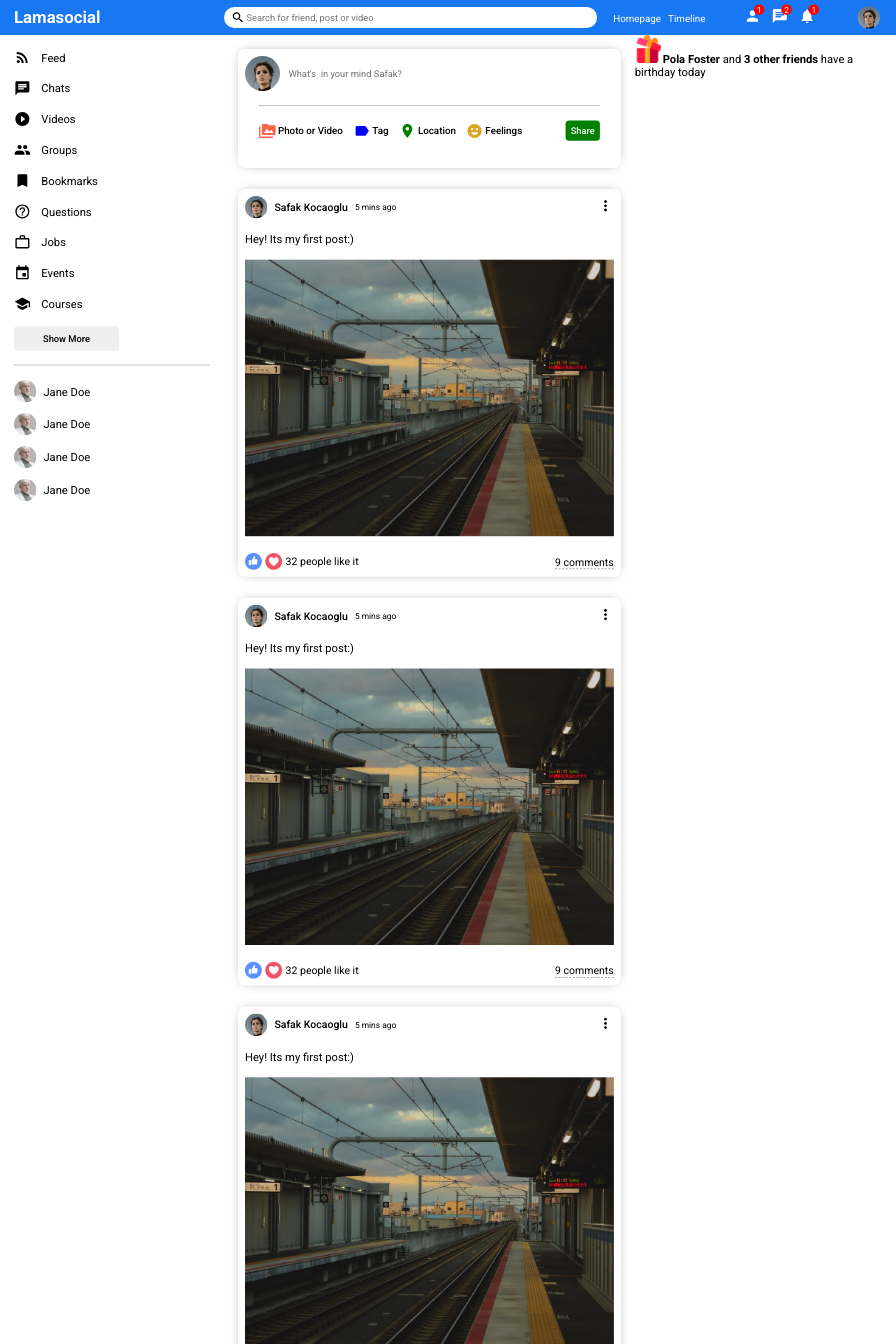
Repository: nazlinres01/react-social
Page: / (app in client/)
These files come from the project's save history. The page is drawn as it stood at one moment and after the next save; the edit follows.
The browser window is 1280 px wide. The pictures show the part of the page from y = 0 to 1920 px (the page is 3794 px tall), at 70% of full size.
The project was rebuilt for these pictures with package versions that can differ from the ones it lists, and the page was loaded fresh each time.

Above is the page before, as saved 2024-06-13 11:50:05.

### client/public/index.html
<!DOCTYPE html>
<html lang="en">

<head>
  <meta charset="utf-8" />
  <meta name="viewport" content="width=device-width, initial-scale=1" />
  <meta name="description" content="Web site created using create-react-app" />
  <link
    href="https://fonts.googleapis.com/css2?family=Roboto:ital,wght@0,100;0,300;0,400;0,500;0,700;0,900;1,100;1,300;1,400;1,500;1,700;1,900&display=swap"
    rel="stylesheet">
    <link rel="stylesheet" href="style.css">
  <title>Social App</title>
</head>

<body>
  <noscript>You need to enable JavaScript to run this app.</noscript>
  <div id="root"></div>
</body>

</html>

### client/src/App.js
import Home from "./pages/home/Home";

function App() {
  return <Home />
}

export default App;

### client/src/pages/home/Home.jsx
import Feed from "../../components/feed/Feed";
import Rightbar from "../../components/rightbar/Rightbar";
import Sidebar from "../../components/sidebar/Sidebar";
import Topbar from "../../components/topbar/Topbar";
import "./home.css"

export default function Home() {
    return (
        <>
            <Topbar />
            <div className="homeContainer">
                <Sidebar />
                <Feed />
                <Rightbar />

            </div>

        </>
    );
}

### client/src/components/feed/Feed.jsx
import Post from "../post/Post"
import Share from "../share/Share"
import "./feed.css"

export default function Feed() {
    return (
        <div className="feed">
            <div className="feedWrapper">
                <Share />
                <Post />
                <Post />
                <Post />
                <Post />
                <Post />
                <Post />

            </div>
        </div>
    )
}

### client/src/components/rightbar/Rightbar.jsx
import "./rightbar.css"

export default function Rightbar() {
    return (
        <div className="rightbar">
            <div className="rightWrapper">
                <div className="birthdayContainer">
                    <img className="birthdayImg" src="assets/gift.png" alt="" />
                    <span className="birthdayText">
                        <b>Pola Foster</b> and <b>3 other friends</b> have a birthday today</span>
                </div>
            </div>
        </div>
    )
}

### client/src/components/sidebar/Sidebar.jsx
import "./sidebar.css"
import { Bookmark, Chat, Event, Group, HelpOutline, PlayCircleFilledOutlined, RssFeed, School, WorkOutline } from "@material-ui/icons"

export default function Sidebar() {
    return (
        <div className="sidebar">
            <div className="sidebarWrapper">
                <ul className="sidebarList">
                    <li className="sidebarListItem">
                        <RssFeed className="sidebarIcon" />
                        <span className="sidebarListItemText">Feed</span>
                    </li>
                    <li className="sidebarListItem">
                        <Chat className="sidebarIcon" />
                        <span className="sidebarListItemText">Chats</span>
                    </li>
                    <li className="sidebarListItem">
                        <PlayCircleFilledOutlined className="sidebarIcon" />
                        <span className="sidebarListItemText">Videos</span>
                    </li>
                    <li className="sidebarListItem">
                        <Group className="sidebarIcon" />
                        <span className="sidebarListItemText">Groups</span>
                    </li>
                    <li className="sidebarListItem">
                        <Bookmark className="sidebarIcon" />
                        <span className="sidebarListItemText">Bookmarks</span>
                    </li>
                    <li className="sidebarListItem">
                        <HelpOutline className="sidebarIcon" />
                        <span className="sidebarListItemText">Questions</span>
                    </li>
                    <li className="sidebarListItem">
                        <WorkOutline className="sidebarIcon" />
                        <span className="sidebarListItemText">Jobs</span>
                    </li>
                    <li className="sidebarListItem">
                        <Event className="sidebarIcon" />
                        <span className="sidebarListItemText">Events</span>
                    </li>
                    <li className="sidebarListItem">
                        <School className="sidebarIcon" />
                        <span className="sidebarListItemText">Courses</span>
                    </li>
                </ul>
                <button className="sidebarButton">Show More</button>
                <hr className="sidebarHr" />
                <ul className="sidebarFriendList">
                    <li className="sidebarFriend">
                        <img className="sidebarFriendImg" src="/assets/person/2.jpeg" alt="" />
                        <span className="sidebarFriendName">Jane Doe</span>
                    </li>
                    <li className="sidebarFriend">
                        <img className="sidebarFriendImg" src="/assets/person/2.jpeg" alt="" />
                        <span className="sidebarFriendName">Jane Doe</span>
                    </li>
                    <li className="sidebarFriend">
                        <img className="sidebarFriendImg" src="/assets/person/2.jpeg" alt="" />
                        <span className="sidebarFriendName">Jane Doe</span>
                    </li>
                    <li className="sidebarFriend">
                        <img className="sidebarFriendImg" src="/assets/person/2.jpeg" alt="" />
                        <span className="sidebarFriendName">Jane Doe</span>
                    </li>
                    <li className="sidebarFriend">
                        <img className="sidebarFriendImg" src="/assets/person/2.jpeg" alt="" />
                        <span className="sidebarFriendName">Jane Doe</span>
                    </li>
                    <li className="sidebarFriend">
                        <img className="sidebarFriendImg" src="/assets/person/2.jpeg" alt="" />
                        <span className="sidebarFriendName">Jane Doe</span>
                    </li>
                    <li className="sidebarFriend">
                        <img className="sidebarFriendImg" src="/assets/person/2.jpeg" alt="" />
                        <span className="sidebarFriendName">Jane Doe</span>
                    </li>
                    <li className="sidebarFriend">
                        <img className="sidebarFriendImg" src="/assets/person/2.jpeg" alt="" />
                        <span className="sidebarFriendName">Jane Doe</span>
                    </li>
                    <li className="sidebarFriend">
                        <img className="sidebarFriendImg" src="/assets/person/2.jpeg" alt="" />
                        <span className="sidebarFriendName">Jane Doe</span>
                    </li>
                    <li className="sidebarFriend">
                        <img className="sidebarFriendImg" src="/assets/person/2.jpeg" alt="" />
                        <span className="sidebarFriendName">Jane Doe</span>
                    </li>
                    <li className="sidebarFriend">
                        <img className="sidebarFriendImg" src="/assets/person/2.jpeg" alt="" />
                        <span className="sidebarFriendName">Jane Doe</span>
                    </li>
                    <li className="sidebarFriend">
                        <img className="sidebarFriendImg" src="/assets/person/2.jpeg" alt="" />
                        <span className="sidebarFriendName">Jane Doe</span>
                    </li>
                    <li className="sidebarFriend">
                        <img className="sidebarFriendImg" src="/assets/person/2.jpeg" alt="" />
                        <span className="sidebarFriendName">Jane Doe</span>
                    </li>
                </ul>
            </div>
        </div>
    )
}

### client/src/components/topbar/Topbar.jsx
import "./topbar.css"
import { Search, Person, Chat, Notifications } from "@material-ui/icons"

export default function Topbar() {
  return (
    <div className="topbarContainer">
      <div className="topbarLeft">
        <span className="logo">Lamasocial</span>
      </div>
      <div className="topbarCenter">
        <div className="searchbar">
          <Search className="searchIcon" />
          <input placeholder="Search for friend, post or video" className="searchInput" />
        </div>
      </div>
      <div className="topbarRight">
        <div className="topbarLinks">
          <span className="topbarLink">Homepage</span>
          <span className="topbarLink">Timeline</span>
        </div>
        <div className="topbarIcons">
          <div className="topbarIconItem">
            <Person />
            <span className="topbarIconBadge">1</span>
          </div>
          <div className="topbarIconItem">
            <Chat />
            <span className="topbarIconBadge">2</span>
          </div>
          <div className="topbarIconItem">
            <Notifications />
            <span className="topbarIconBadge">1</span>
          </div>
        </div>
        <img src="/assets/person/1.jpeg" alt="" className="topbarImg" />
      </div>

    </div>
  )
}

### client/src/components/post/Post.jsx
import { MoreVert } from "@material-ui/icons"
import "./post.css"

export default function Post() {
    return (
        <div className="post">
            <div className="postWrapper">
                <div className="postTop">
                    <div className="postTopLeft">
                        <img src="/assets/person/1.jpeg" alt="" className="postProfileImg" />
                        <span className="postUsername">Safak Kocaoglu</span>
                        <span className="postDate">5 mins ago</span>

                    </div>
                    <div className="postTopRight">
                        <MoreVert />
                    </div>

                </div>
                <div className="postCenter">
                    <span className="postText">Hey! Its my first post:)</span>
                    <img className="postImg" src="assets/post/1.jpeg" alt="" />
                </div>
                <div className="postBottom">
                    <div className="postBottomLeft">
                        <img className="likeIcon" src="assets/like.png" alt="" />
                        <img className="likeIcon" src="assets/heart.png" alt="" />
                        <span className="postLikeCounter">32 people like it</span>
                    </div>
                    <div className="postBottomRight">
                        <span className="postCommentText">9 comments</span>
                    </div>

                </div>

            </div>

        </div>
    )
}

### client/src/components/share/Share.jsx
import "./share.css";
import { PermMedia, Label, Room, EmojiEmotions } from "@material-ui/icons";

export default function Share() {
    return (
        <div className="share">
            <div className="shareWrapper">
                <div className="shareTop">
                    <img src="/assets/person/1.jpeg" alt="" className="shareProfileImg" />
                    <input placeholder="What's  in your mind Safak?" className="shareInput" />
                </div>
                <hr className="shareHr" />
                <div className="shareBottom">
                    <div className="shareOptions">
                        <div className="shareOption">
                            <PermMedia htmlColor="tomato" className="shareIcon" />
                            <span className="shareOptionText">Photo or Video</span>
                        </div>
                        <div className="shareOption">
                            <Label htmlColor="blue" className="shareIcon" />
                            <span className="shareOptionText">Tag</span>
                        </div>
                        <div className="shareOption">
                            <Room htmlColor="green" className="shareIcon" />
                            <span className="shareOptionText">Location</span>
                        </div>
                        <div className="shareOption">
                            <EmojiEmotions htmlColor="goldenrod" className="shareIcon" />
                            <span className="shareOptionText">Feelings</span>
                        </div>
                    </div>
                    <button className="shareButton">Share</button>
                </div>
            </div>
        </div>
    )
}

### client/src/components/rightbar/rightbar.css
.rightbar {
    flex: 3.5;
}

.rightbarWrapper {
    padding: 20px 20px 0 0;
}

.birthdayImg {
    width: 40px;
    height: 40px;
}

### client/src/components/sidebar/sidebar.css
.sidebar {
    flex: 3;
    height: calc(100vh - 50px);
    overflow-y: scroll;
}

::-webkit-scrollbar {
    width: 5px;
}

::-webkit-scrolbar-track {
    background-color: #f1f1f1;
}

::-webkit-scrollbar-thumb {
    background-color: rgb(179, 179, 179);
}

.sidebarWrapper {
    padding: 20px;
}

.sidebarList {
    padding: 0;
    margin: 0;
    list-style: none;
}

.sidebarListItem {
    display: flex;
    align-items: center;
    margin-bottom: 20px;
}

.sidebarIcon {
    margin-right: 15px;
}

.sidebarButton {
    width: 150px;
    border: none;
    padding: 10px;
    border-radius: 5px;
    font-weight: 500;
}

.sidebarHr {
    margin: 20px 0;
}

.sidebarFriendList {
    padding: 0;
    margin: 0;
    list-style: none;
}

.sidebarFriend {
    display: flex;
    align-items: center;
    margin-bottom: 15px;
}

.sidebarFriendImg {
    width: 32px;
    height: 32px;
    border-radius: 50%;
    object-fit: cover;
    margin-right: 10px;
}

### client/src/components/topbar/topbar.css
.topbarContainer {
    height: 50px;
    width: 100%;
    background-color: #1877f2;
    display: flex;
    align-items: center;
    position: sticky;
    top: 0;
}

.topbarLeft {
    flex: 3;
}

.logo {
    font-size: 24px;
    margin-left: 20px;
    font-weight: bold;
    color: white;
    cursor: pointer;
}

.topbarCenter {
    flex: 5;
}

.searchbar {
    width: 100%;
    height: 30px;
    background-color: white;
    border-radius: 30px;
    display: flex;
    align-items: center;
}

.searchIcon {
    font-size: 20px !important;
    margin-left: 10px;
}

.searchInput {
    border: none;
    width: 70%;
}

.searchInput:focus {
    outline: none;
}

.topbarRight {
    flex: 4;
    display: flex;
    align-items: center;
    justify-content: space-around;
    color: white;
}

.topbarLink {
    margin-right: 10px;
    font-size: 14px;
    cursor: pointer;
}

.topbarIcons {
    display: flex;
}

.topbarIconItem {
    margin-right: 15px;
    cursor: pointer;
    position: relative;

}

.topbarIconBadge {
    width: 15px;
    height: 15px;
    background-color: red;
    border-radius: 50%;
    color: white;
    position: absolute;
    top: -5px;
    right: -5px;
    display: flex;
    align-items: center;
    justify-content: center;
    font-size: 12px;
}

.topbarImg {
    width: 32px;
    height: 32px;
    border-radius: 50%;
    object-fit: cover;
    cursor: pointer;
}

### client/src/components/post/post.css
.post {
    width: 100%;
    border-radius: 10px;
    -webkit-box-shdow: 0px 0px 16px -8px rgba(0, 0, 0, 0.68);
    box-shadow: 0px 0px 16px -8px rgba(0, 0, 0, 0.68);
    margin: 30px 0;
}

.postWrapper {
    padding: 10px;
}

.postTop {
    display: flex;
    align-items: center;
    justify-content: space-between;
}

.postTopLeft {
    display: flex;
    align-items: center;
}

.postProfileImg {
    width: 32px;
    height: 32px;
    border-radius: 50%;
    object-fit: cover;
}

.postUsername {
    font-size: 15px;
    font-weight: 500;
    margin: 0 10px;
}

.postDate {
    font-size: 12px;
}

.postCenter {
    margin: 20px 0;
}

.postImg {
    margin-top: 20px;
    width: 100%;
    max-height: 500px;
    object-fit: contain;
}

.postBottom {
    display: flex;
    align-items: center;
    justify-content: space-between;
}

.postBottomLeft {
    display: flex;
    align-items: center;
}

.likeIcon {
    width: 24px;
    height: 24px;
    margin-right: 5px;
    cursor: pointer;
}

.postLikeCounter {
    font-size: 15px;
}

.postCommentText {
    cursor: pointer;
    border-bottom: 1px dashed gray;
    font-size: 15px;
}

### client/src/components/share/share.css
.share {
    width: 100%;
    height: 170px;
    border-radius: 10px;
    -webkit-box-shdow: 0px 0px 16px -8px rgba(0, 0, 0, 0.68);
    box-shadow: 0px 0px 16px -8px rgba(0, 0, 0, 0.68);
}

.shareWrapper {
    padding: 10px;
}

.shareTop {
    display: flex;
    align-items: center;
}

.shareProfileImg {
    width: 50px;
    height: 50px;
    border-radius: 50%;
    object-fit: cover;
    margin-right: 10px;
}

.shareInput {
    border: none;
    width: 80%;
}

.shareInput:focus {
    outline: none;
}

.shareHr {
    margin: 20px;
}

.shareBottom {
    display: flex;
    align-items: center;
    justify-content: space-between;
}

.shareOptions {
    display: flex;
    margin-left: 20px;
}

.shareOption {
    display: flex;
    align-items: center;
    margin-right: 15px;
    cursor: pointer;
}

.shareIcon {
    font-size: 18px;
    margin-right: 3px
}

.shareOptionText {
    font-size: 14px;
    font-weight: 500;
}

.shareButton {
    border: none;
    padding: 7px;
    border-radius: 5px;
    background-color: green;
    font-weight: 500;
    margin-right: 20px;
    cursor: pointer;
    color: white;
}

Loaded but not shown: client/src/index.js (common file); client/src/pages/home/home.css (common file); client/src/components/feed/feed.css (common file); client/public/style.css (common file)

After the next save:
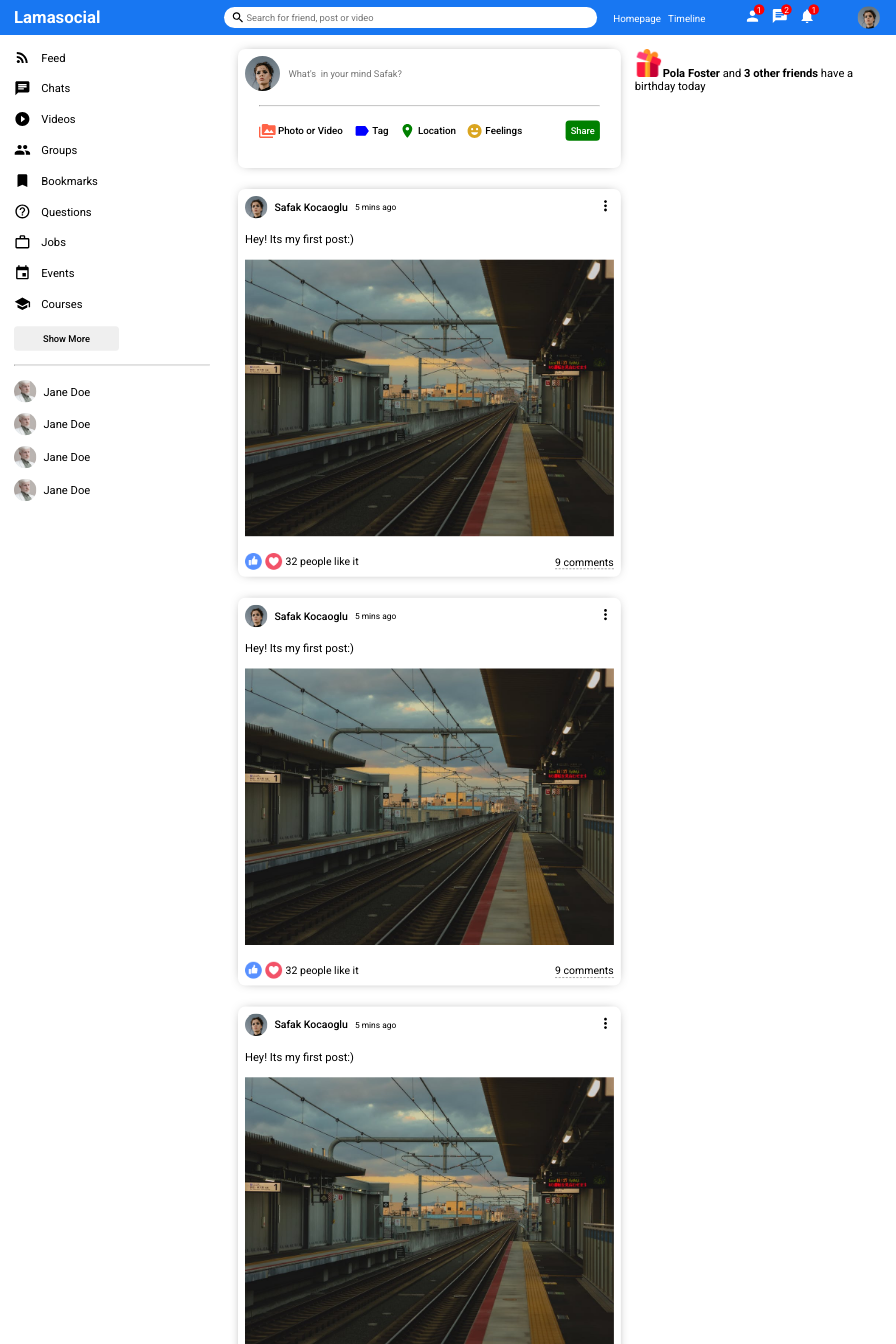
Saved 40 s later.
--- a/client/src/components/rightbar/Rightbar.jsx
+++ b/client/src/components/rightbar/Rightbar.jsx
@@ -3,7 +3,7 @@ import "./rightbar.css"
 export default function Rightbar() {
     return (
         <div className="rightbar">
-            <div className="rightWrapper">
+            <div className="rightbarWrapper">
                 <div className="birthdayContainer">
                     <img className="birthdayImg" src="assets/gift.png" alt="" />
                     <span className="birthdayText">
